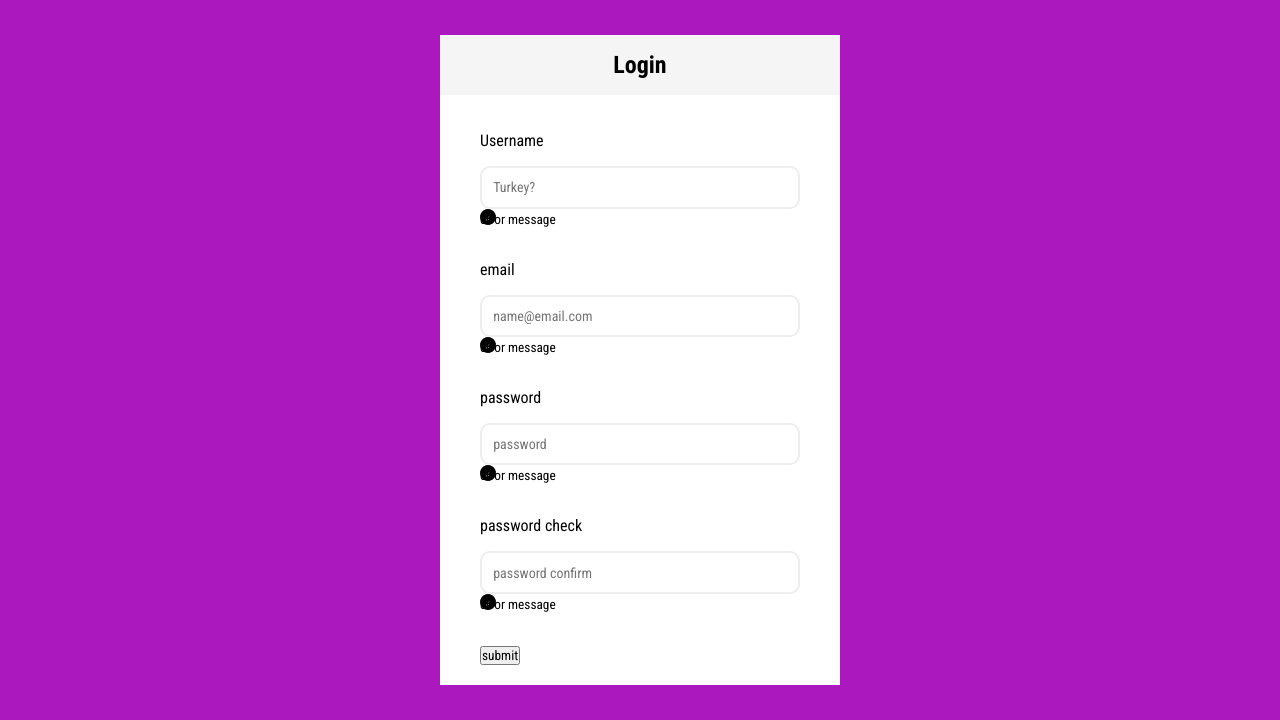
Repository: Abdoulrhman-altyeb/form-_validation-
Page: index.html
The author's editor kept a copy of each file at every save. The page is drawn from the files as they stood at one save, then again after the next save.
The browser window is 1280 px wide. The pictures show the whole page.

Above is the page before, as saved 2021-05-23 20:49:02.

After the next save:
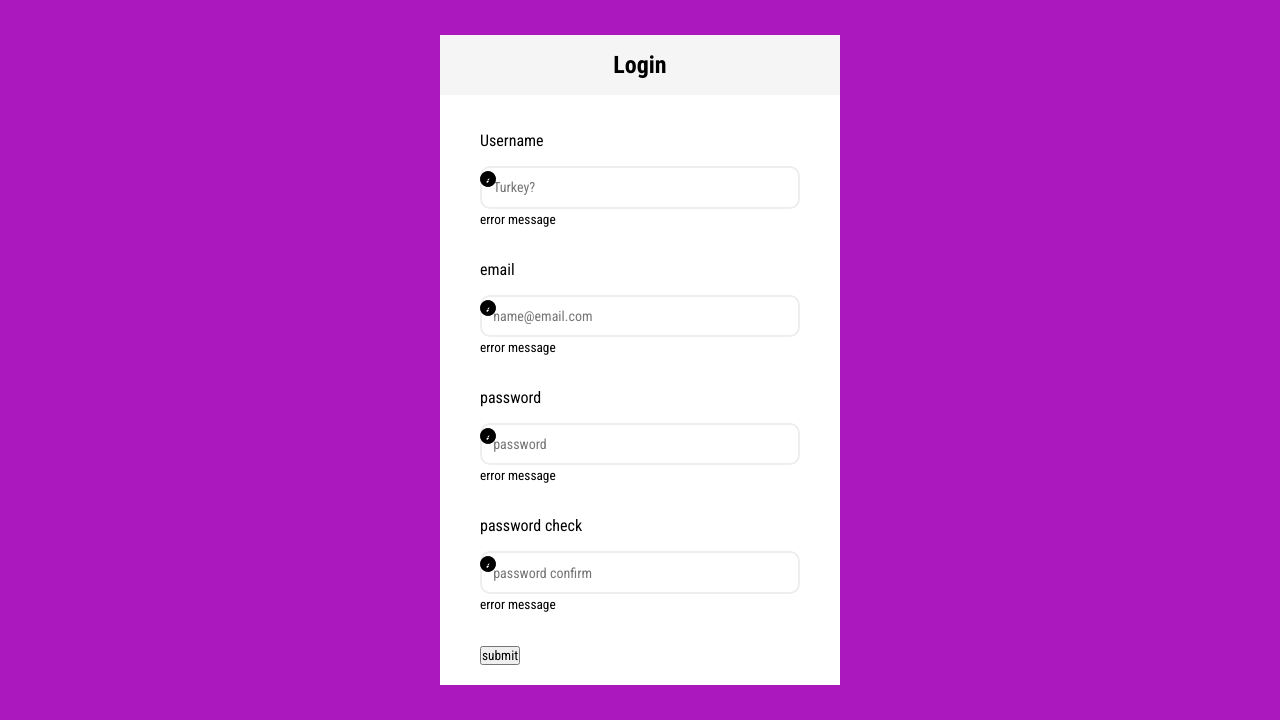
Saved 10 s later.
--- a/style.css
+++ b/style.css
@@ -47,4 +47,5 @@ body{
 }
 .form-control i {
     position: absolute;
+    top: 40px;
 }
